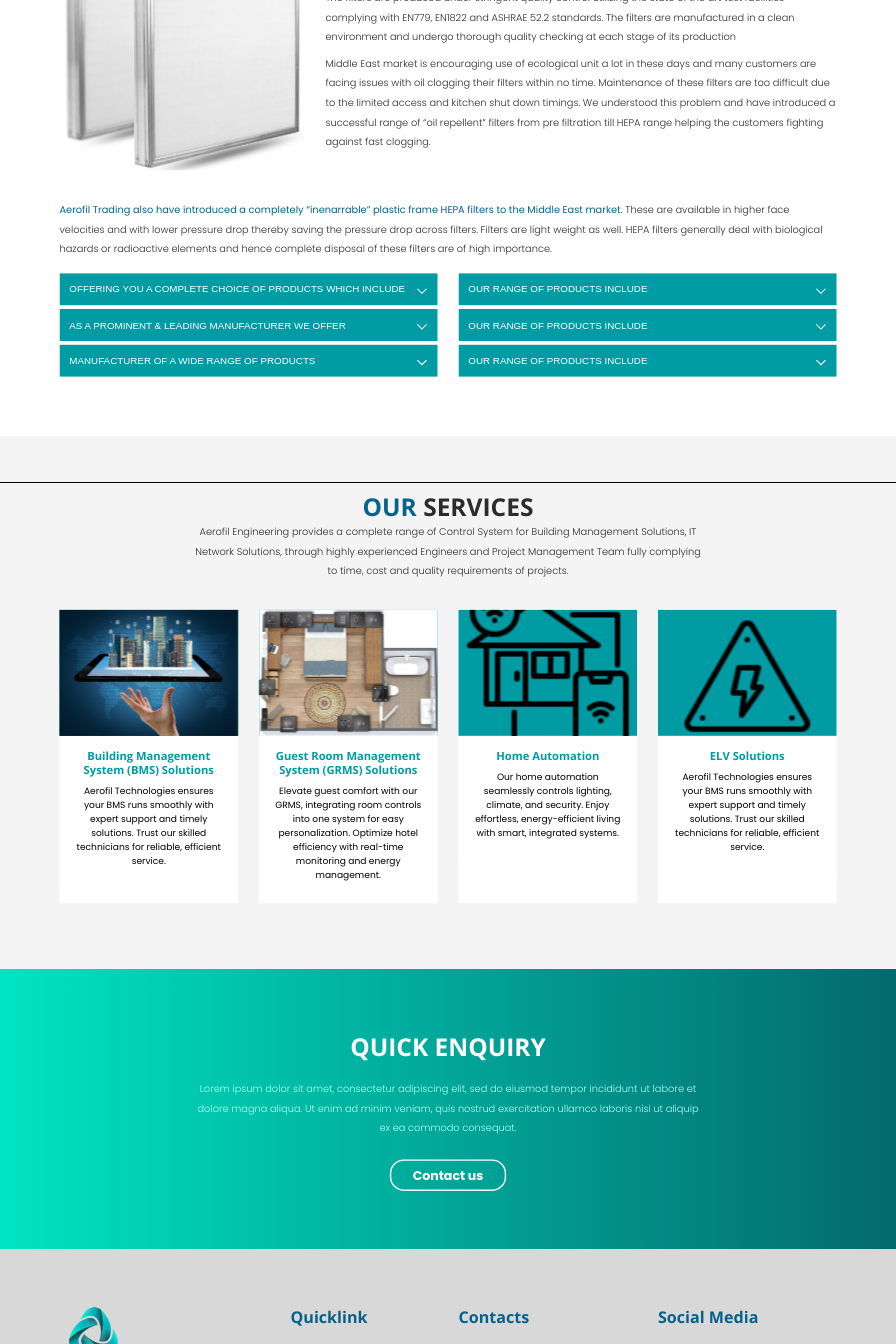
Repository: aslamvrtly/aerofil
Page: index.html
The author's editor kept a copy of each file at every save. The page is drawn from the files as they stood at one save, then again after the next save.
The browser window is 1280 px wide. The pictures show the part of the page from y = 2216 to 4136 px (the page is 4488 px tall), at 70% of full size.

Above is the page before, as saved 2024-09-04 19:45:14.

After the next save:
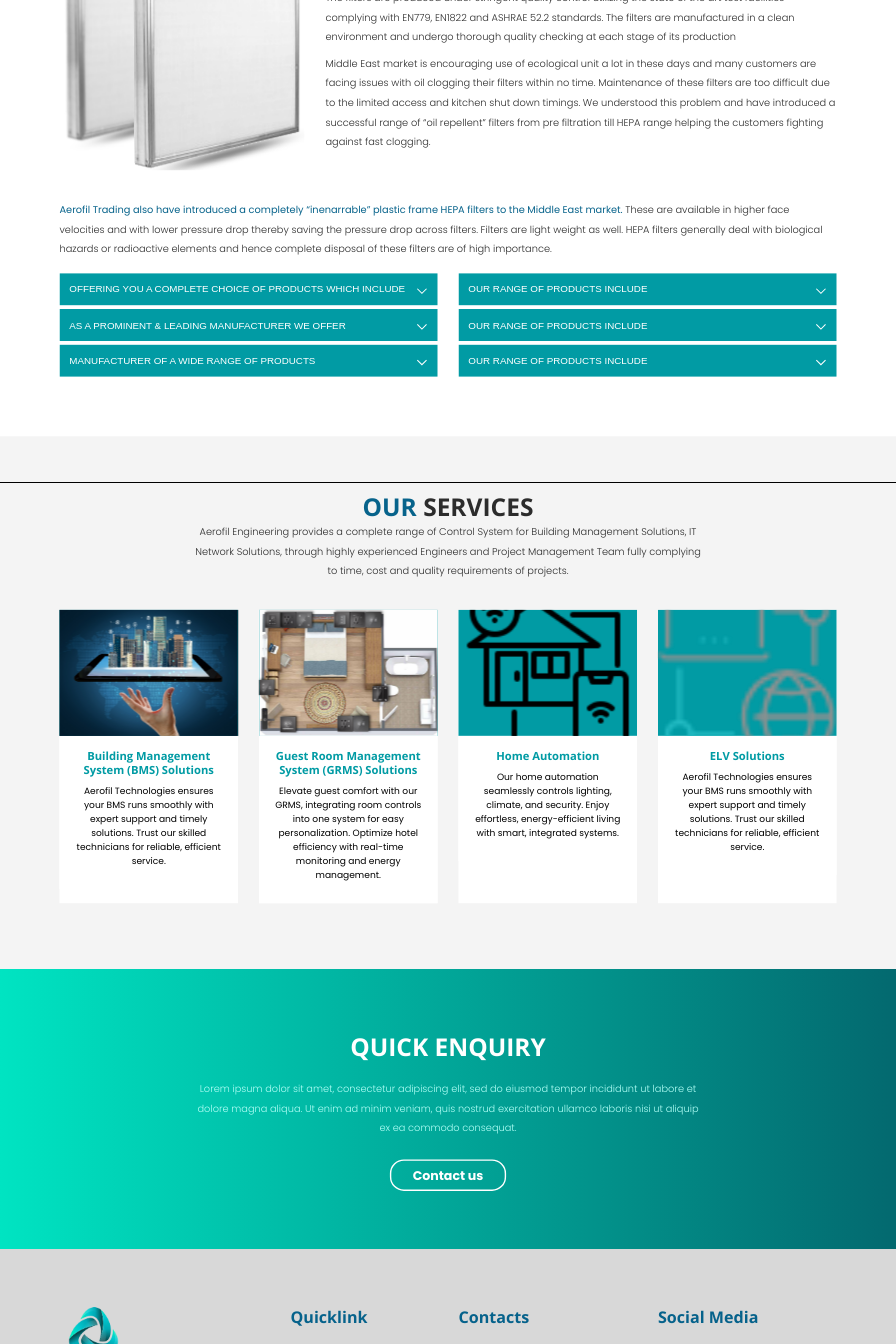
Saved 33 s later.
--- a/index.html
+++ b/index.html
@@ -437,7 +437,7 @@
 				<div class="col-md-3 mb-3">
 					<div class="service-box">
 						<div class="service-icon">
-							<img src="images/services/elv.png" class="img-fluid">
+							<img src="images/services/it.png" class="img-fluid">
 						</div>
 						<div class="service-content">
 							<h4>ELV Solutions</h4>
